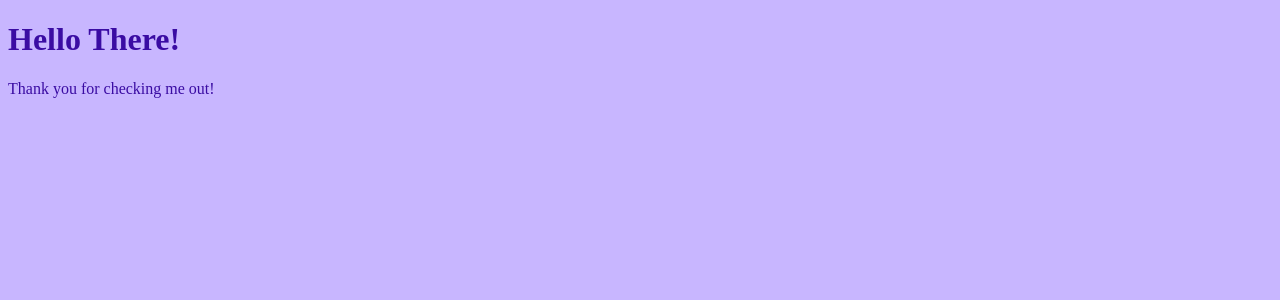
Repository: NyleNC/main
Page: index.html
These files come from the project's save history. The page is drawn as it stood at one moment and after the next save; the edit follows.
The browser window is 1280 px wide. The pictures show the whole page.

Above is the page before, as saved 2024-11-05 15:11:46.

After the next save:
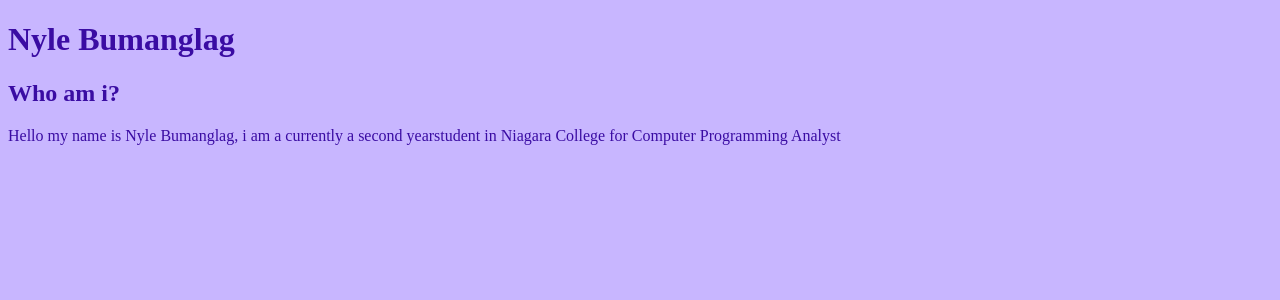
Saved 32 h 10 min later.
--- a/index.html
+++ b/index.html
@@ -6,8 +6,10 @@
     <title>Nyle Bumanglag</title>
     <link rel="stylesheet" href="style.css">
 </head>
+<header><h1>Nyle Bumanglag</h1></header>
 <body>
-    <h1>Hello There!</h1>
-    <p>Thank you for checking me out!</p>
+    <h2>Who am i?</h2>
+    <p>Hello my name is Nyle Bumanglag, i am a currently a second yearstudent in Niagara College for Computer Programming Analyst</p>
+
 </body>
 </html>
